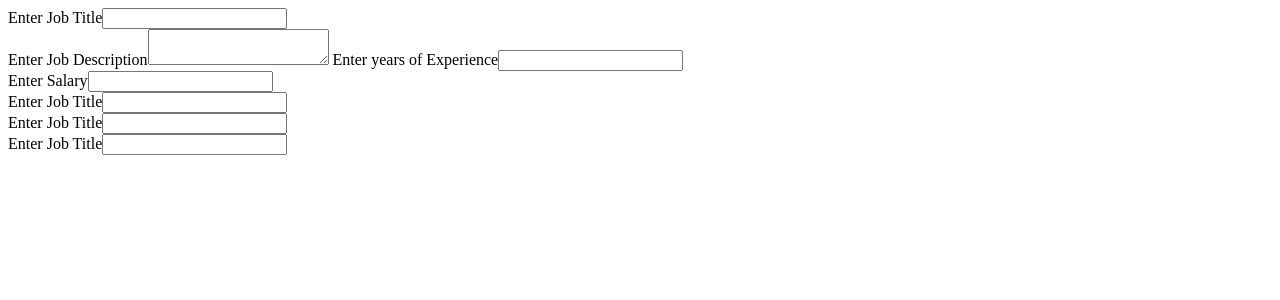
Repository: SwapnilYeldi/Project-2
Page: frontend/WebContent/views/jobform.html
The author's editor kept a copy of each file at every save. The page is drawn from the files as they stood at one save, then again after the next save.
The browser window is 1280 px wide. The pictures show the whole page.

Above is the page before, as saved 2017-06-27 17:45:37.

### frontend/WebContent/views/jobform.html
<form>
Enter Job Title<input type="text" ng-model="job.jobTitle"><br>
Enter Job Description<textarea ng-model="job.jobDescription"></textarea>
Enter years of Experience<input type="text" ng-model="job.yrsOfExp"><br>
Enter Salary<input type="text" ng-model="job.salary"><br>
Enter Job Title<input type="text" ng-model="job.jobTitle"><br>
Enter Job Title<input type="text" ng-model="job.jobTitle"><br>
Enter Job Title<input type="text" ng-model="job.jobTitle"><br>

</form>

After the next save:
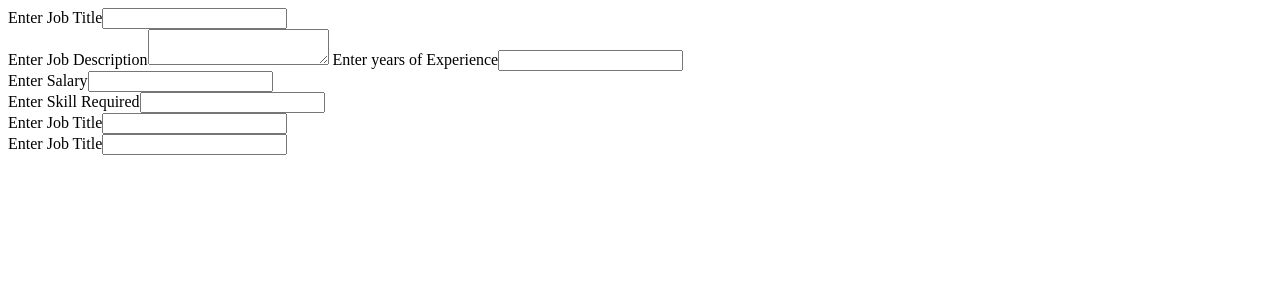
Saved 34 s later.
--- a/frontend/WebContent/views/jobform.html
+++ b/frontend/WebContent/views/jobform.html
@@ -3,7 +3,7 @@ Enter Job Title<input type="text" ng-model="job.jobTitle"><br>
 Enter Job Description<textarea ng-model="job.jobDescription"></textarea>
 Enter years of Experience<input type="text" ng-model="job.yrsOfExp"><br>
 Enter Salary<input type="text" ng-model="job.salary"><br>
-Enter Job Title<input type="text" ng-model="job.jobTitle"><br>
+Enter Skill Required<input type="text" ng-model="job.skillsRequired"><br>
 Enter Job Title<input type="text" ng-model="job.jobTitle"><br>
 Enter Job Title<input type="text" ng-model="job.jobTitle"><br>
 
